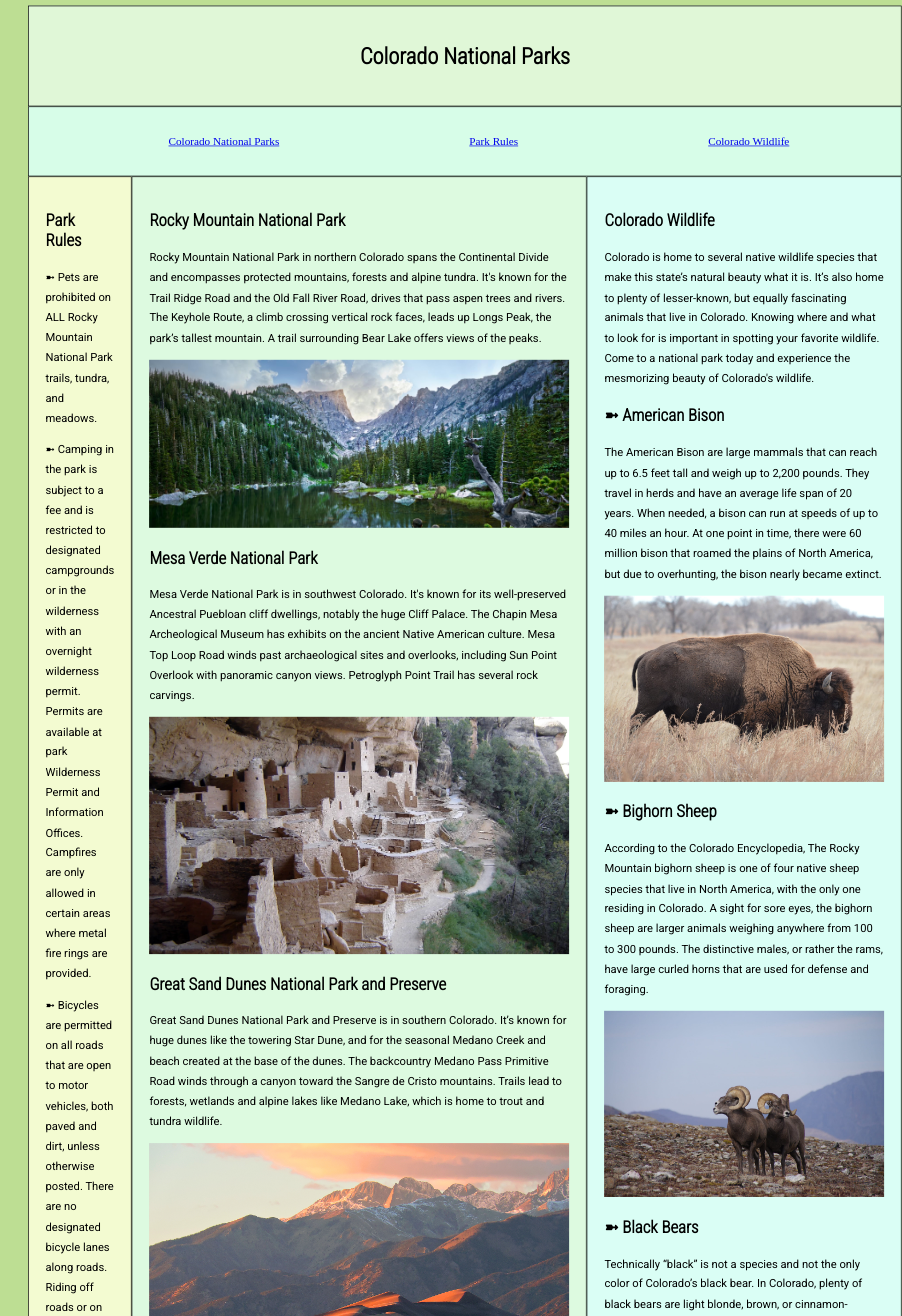
Repository: ethan-schrauf/UniversalDesignWebsite
Page: lab4.html
An editor plug-in stored every save of this project. The page is shown before and after the next save, followed by the edit.
The browser window is 1280 px wide. The page is 1288 px wide, so the pictures cover 1288 px, including what lies to the right of the window. The pictures show the part of the page from y = 0 to 1880 px (the page is 6791 px tall), at 70% of full size.

Above is the page before, as saved 2023-10-28 01:55:08.

After the next save:
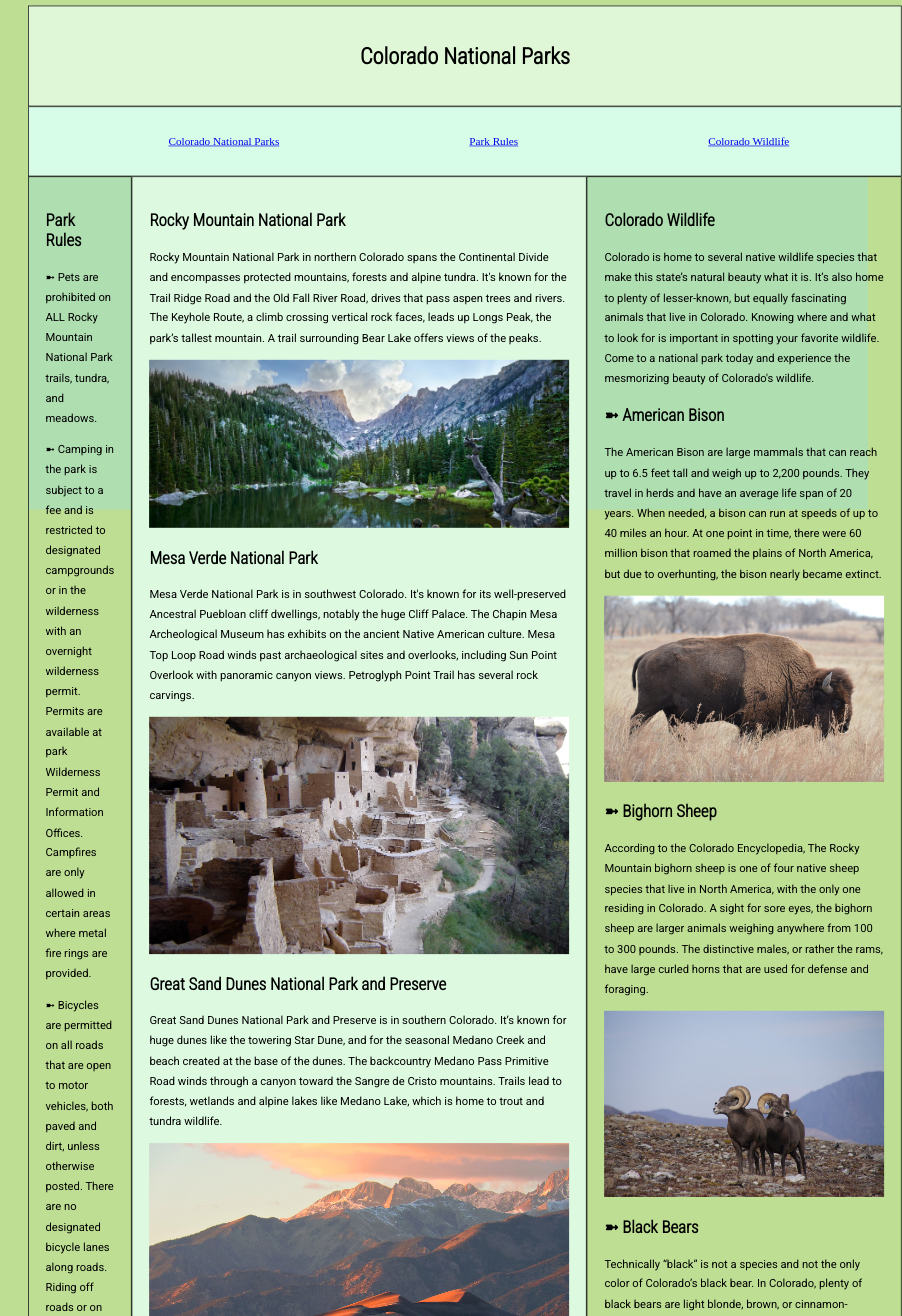
Saved 27 s later.
--- a/lab4.html
+++ b/lab4.html
@@ -43,7 +43,7 @@
       <img src="images/black ridge canyon wilderness national park.jpeg" alt="Rock arch in Black Ridge Canyon Wilderness National Park" style="width: 600px; height: auto;">
     </section>
   </main>
-  <aside id="aside1">
+  <aside id="Park-Rules">
     <h2>Park Rules</h2>
     <p>➼ Pets are prohibited on ALL Rocky Mountain National Park trails, tundra, and meadows.</p>
     <p>➼ Camping in the park is subject to a fee and is restricted to designated campgrounds or in the wilderness with an overnight wilderness permit. Permits are available at park Wilderness Permit and Information Offices. Campfires are only allowed in certain areas where metal fire rings are provided.</p>
@@ -52,7 +52,7 @@
     <p>➼ Fishing in the park requires a Colorado fishing license for persons 16 years or older. Persons 12 years old or younger may use bait in waters open to fishing, except in designated catch and release areas. Inquire with a ranger or check the Fishing page for additional information on fishing regulations including catch and release waters for native trout, closures and restrictions, method of take, etc.</p>
     <p>➼ It is the responsibility of visitors to understand and comply with all applicable state, local, and federal firearm laws before entering the park. Open carry of handguns and rifles, and transport of the same in vehicles, is permitted. Concealed carry is allowed pursuant to a legal Colorado concealed carry permit and applicable state reciprocity laws. Federal law prohibits firearms in certain facilities (visitor centers, ranger stations, government offices); places that are marked with signs at all public entrances. Recreational target shooting or discharge of a firearm is not allowed. Firearms should not be considered a wildlife protection strategy. Bear spray and other safety precautions are the proven methods for preventing bear and other wildlife interactions. Possessing or carrying a weapon (bow and arrow, crossbow, sling shot, gas or air propelled gun, etc.) is prohibited. Check with the State of Colorado for specific gun laws.</p>
   </aside>
-  <aside id="aside2">
+  <aside id="Colorado-Wildlife">
     <h2>Colorado Wildlife</h2>
     <p>Colorado is home to several native wildlife species that make this state’s natural beauty what it is. It’s also home to plenty of lesser-known, but equally fascinating animals that live in Colorado. Knowing where and what to look for is important in spotting your favorite wildlife. Come to a national park today and experience the mesmorizing beauty of Colorado's wildlife.</p>
     <h2>➼ American Bison</h2>
